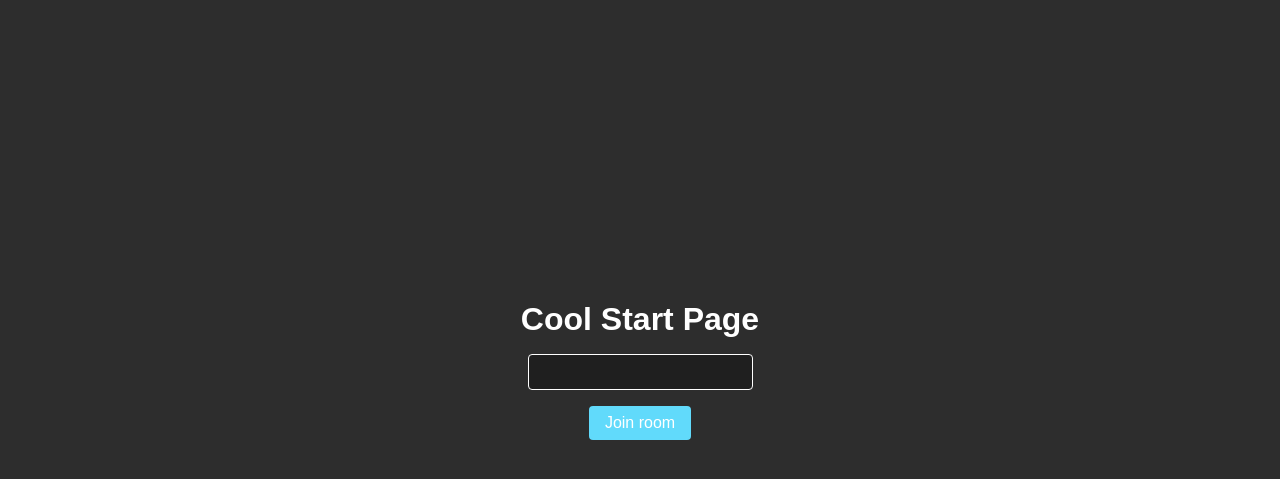
Repository: rektyyy/henhouse
Page: client/index.html
An editor plug-in stored every save of this project. The page is shown before and after the next save, followed by the edit.
The browser window is 1280 px wide. The pictures show the whole page.

Above is the page before, as saved 2023-12-29 19:03:26.

### client/index.html
<!DOCTYPE html>
<html lang="en">

<head>
    <meta name="viewport" content="width=device-width, initial-scale=1.0">
    <title>Cool Start Page</title>
    <link rel="stylesheet" type="text/css" href="styles.css">
    <style>
        body {
            display: flex;
            flex-direction: column;
            align-items: center;
            justify-content: center;
            height: 100vh;
            margin: 0;
            background-color: #2d2d2d;
            color: #fff;
            font-family: 'Arial', sans-serif;
        }

        h1 {
            font-size: 2rem;
            margin-bottom: 1rem;
        }

        input {
            padding: 0.5rem;
            margin-bottom: 1rem;
            font-size: 1rem;
            border: 1px solid #fff;
            border-radius: 0.25rem;
            background-color: #1f1f1f;
            color: #fff;
            outline: none;
        }

        button {
            padding: 0.5rem 1rem;
            font-size: 1rem;
            border: none;
            border-radius: 0.25rem;
            background-color: #61dafb;
            color: #fff;
            cursor: pointer;
            outline: none;
        }

        button:hover {
            background-color: #4fa3d1;
        }
    </style>
</head>

<body>
    <h1>Cool Start Page</h1>

    <input id="input_room" autocomplete="off" />
    <button id="button_room" type="submit">Join room</button>

    <script type="text/javascript" src="index.js"></script>
</body>

</html>

### client/styles.css
body {
    display: flex;
    align-items: center;
    justify-content: center;
    height: 100vh;
    margin: 0;
    background-color: #f0f0f0;
}

.container {
    display: flex;
}

#board {
    display: grid;
    grid-template-columns: repeat(3, 100px);
    grid-gap: 5px;
    margin-right: 1rem;
}

.cell {
    width: 100px;
    height: 100px;
    border: 2px solid #000;
    display: flex;
    align-items: center;
    justify-content: center;
    font-size: 24px;
    cursor: pointer;
    background-color: #fff;
}

.cell:hover {
    background-color: #e0e0e0;
}

.chat-container {
    flex-grow: 1;
    display: flex;
    flex-direction: column;
    max-height: 100vh;
    overflow: hidden;
}

.chat-box {
    flex-grow: 1;
    overflow-y: auto;
    border: 1px solid #ccc;
    max-height: 200px;
    padding: 0.5rem;
    box-sizing: border-box;
    backdrop-filter: blur(10px);
    background-color: #fff;
}

.chat {
    list-style-type: none;
    margin: 0;
    padding: 0;
}

.chat-form {
    background: #333;
    padding: 0.5rem;
    box-sizing: border-box;
    backdrop-filter: blur(10px);
    display: flex;
    align-items: left;
}

#input_message {
    border: none;
    padding: 0.5rem;
    width: 70%;
    border-radius: 0.25rem;
    margin-right: 0.5rem;
    font-size: 16px;
    background-color: #eee;
    color: #333;
}

#input_message:focus {
    outline: none;
}

.chat-form>button {
    background: #61dafb;
    border: none;
    padding: 0.5rem;
    border-radius: 0.25rem;
    color: #fff;
    font-size: 16px;
    cursor: pointer;
    outline: none;
}

#play-again {
    background: #61dafb;
    border: none;
    padding: 0.5rem;
    border-radius: 0.25rem;
    color: #fff;
    font-size: 16px;
    cursor: pointer;
    outline: none;
    margin-top: 1rem;
}

### client/index.js
const input_room = document.getElementById('input_room');
const button_room = document.getElementById('button_room');

// Joins room
button_room.addEventListener('click', () => {
    if (input_room.value) {
        currentRoomId = input_room.value;
        input_room.value = '';
        window.location.href = `/game.html?room=${currentRoomId}`;
    }
});

After the next save:
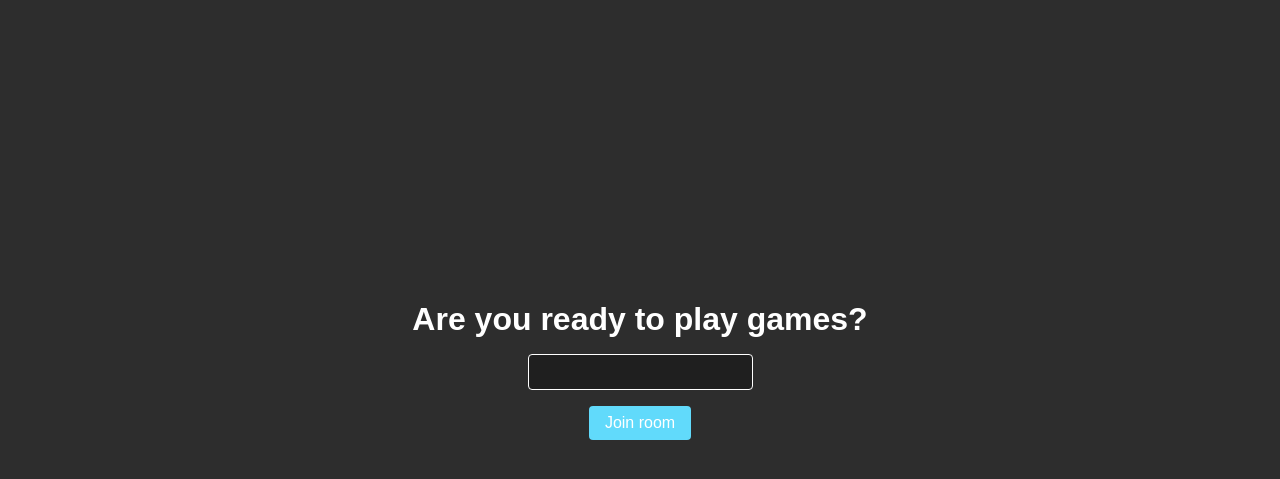
Saved 32 s later.
--- a/client/index.html
+++ b/client/index.html
@@ -52,7 +52,7 @@
 </head>
 
 <body>
-    <h1>Cool Start Page</h1>
+    <h1>Are you ready to play games?</h1>
 
     <input id="input_room" autocomplete="off" />
     <button id="button_room" type="submit">Join room</button>
